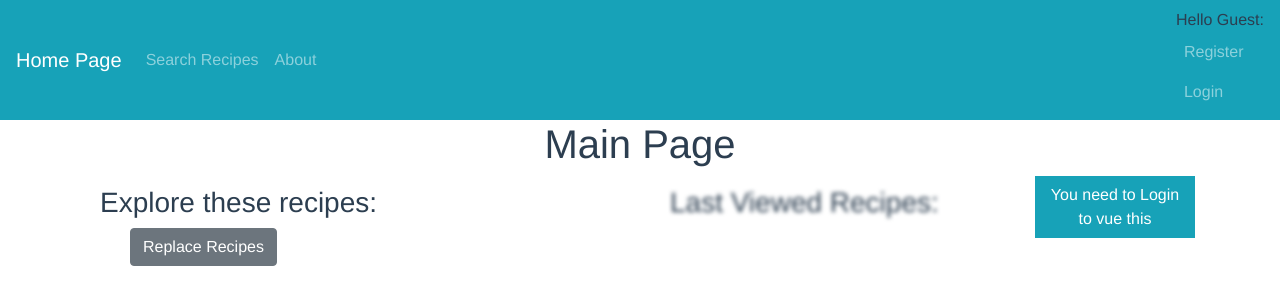
Repository: chenshor/cooking-site
Page: /
An editor plug-in stored every save of this project. The page is shown before and after the next save, followed by the edit.
The browser window is 1280 px wide. The pictures show the whole page.
The page's requests for data from a server got no answer. The project was rebuilt for these pictures with package versions that can differ from the ones it lists, and the page was loaded fresh each time. No one was signed in, and anything a server would have sent is missing. Also part of the build but not shown: vue.config.js, src/components/Indication.vue, src/components/RecipePreview.vue, src/pages/NotFoundPage.vue, src/components/IngredientSpoon.vue, src/components/Favorite.vue, src/pages/RecipePage.vue, src/assets/countries.js and 8 more.

Above is the page before, as saved 2020-06-22 21:18:10.

### index.html
<!DOCTYPE html>
<html lang="en">
  <head>
    <meta charset="utf-8" />
    <meta http-equiv="X-UA-Compatible" content="IE=edge" />
    <meta
      name="viewport"
      content="width=device-width,initial-scale=1.0,shrink-to-fit=no"
    />
    <link rel="icon" href="<%= BASE_URL %>favicon.ico" />
    <title><%= htmlWebpackPlugin.options.title %></title>
  </head>
  <body>
    <noscript>
      <strong
        >We're sorry but <%= htmlWebpackPlugin.options.title %> doesn't work
        properly without JavaScript enabled. Please enable it to
        continue.</strong
      >
    </noscript>
    <div id="app"></div>
    <!-- built files will be auto injected -->
  </body>
</html>

### src/main.js
import Vue from "vue";
import App from "./App.vue";
import VueAxios from "vue-axios";
import axios from "axios";

import routes from "./routes";
import VueRouter from "vue-router";
Vue.use(VueRouter);
const router = new VueRouter({
  routes,
});

import Vuelidate from "vuelidate";
import "bootstrap/dist/css/bootstrap.css";
import "bootstrap-vue/dist/bootstrap-vue.css";
import {
  FormGroupPlugin,
  FormPlugin,
  FormInputPlugin,
  ButtonPlugin,
  CardPlugin,
  NavbarPlugin,
  FormSelectPlugin,
  AlertPlugin,
  ToastPlugin,
  LayoutPlugin,
  ImagePlugin,
  TabsPlugin,
  FormCheckboxPlugin,
  FormRadioPlugin,
  FormTagsPlugin,
  IconsPlugin,
} from "bootstrap-vue";
[
  FormGroupPlugin,
  FormPlugin,
  FormInputPlugin,
  ButtonPlugin,
  CardPlugin,
  NavbarPlugin,
  FormSelectPlugin,
  AlertPlugin,
  ToastPlugin,
  LayoutPlugin,
  ImagePlugin,
  TabsPlugin,
  FormCheckboxPlugin,
  FormRadioPlugin,
  FormTagsPlugin,
  IconsPlugin,
].forEach((x) => Vue.use(x));
Vue.use(Vuelidate);
Vue.use(VueAxios, axios);
axios.defaults.withCredentials = true;
axios.interceptors.request.use(
  function(config) {
    // Do something before request is sent
    return config;
  },
  function(error) {
    // Do something with request error
    return Promise.reject(error);
  }
);

// Add a response interceptor
axios.interceptors.response.use(
  function(response) {
    // Do something with response data
    return response;
  },
  function(error) {
    // Do something with response error
    return Promise.reject(error);
  }
);

Vue.use(VueAxios, axios);

Vue.config.productionTip = false;

const shared_data = {
  username: localStorage.username,
  login(username) {
    localStorage.setItem("username", username);
    this.username = username;
    console.log("login", this.username);
  },
  logout() {
    console.log("logout");
    localStorage.removeItem("username");
    this.username = undefined;
  },
};
console.log(shared_data);
// Vue.prototype.$root.store = shared_data;

new Vue({
  router,
  data() {
    return {
      store: shared_data,
    };
  },
  methods: {
    toast(title, content, variant = null, append = false) {
      this.$bvToast.toast(`${content}`, {
        title: `${title}`,
        toaster: "b-toaster-top-center",
        variant: variant,
        solid: true,
        appendToast: append,
        autoHideDelay: 3000,
      });
    },
  },
  render: (h) => h(App),
}).$mount("#app");

### src/App.vue
<template>
  <div id="app">
    <b-navbar toggleable="lg" type="dark" variant="info">
      <b-navbar-brand to="/">Home Page</b-navbar-brand>

      <b-navbar-toggle target="nav-collapse"></b-navbar-toggle>

      <b-collapse id="nav-collapse" is-nav>
        <b-navbar-nav>
          <b-nav-item to="/search">Search Recipes</b-nav-item>
          <b-nav-item to="/about">About</b-nav-item>
        </b-navbar-nav>

        <!-- Right aligned nav items -->
        <b-navbar-nav class="ml-auto">
          <span v-if="!$root.store.username">
            Hello Guest:
            <b-nav-item to="/register">Register</b-nav-item>
            <b-nav-item to="/login">Login</b-nav-item>
          </span>
          <span v-else>
            {{ $root.store.username }}:
            <b-button @click="Logout">Logout</b-button>|
            <b-nav-item-dropdown text="Personal">
              <b-dropdown-item to="/FamilyList">Family Recipes</b-dropdown-item>
              <b-dropdown-item to="/myRecipes">My Recipes</b-dropdown-item>
              <b-dropdown-item to="/favorite">My Favorite</b-dropdown-item>
            </b-nav-item-dropdown>

            <b-nav-item-dropdown right>
              <!-- Using 'button-content' slot -->
              <template v-slot:button-content>
                <em>User</em>
              </template>
              <b-dropdown-item href="#">Profile</b-dropdown-item>
              <b-dropdown-item href="#">Sign Out</b-dropdown-item>
            </b-nav-item-dropdown>
          </span>
        </b-navbar-nav>
      </b-collapse>
    </b-navbar>

    <!--


      <span v-if="!$root.store.username">
        Hello Guest:
        <router-link to="/register">Register</router-link>|
        <router-link to="/login">Login</router-link>|
      </span>
      <span v-else>
        {{ $root.store.username }}:
        <b-nav-item-dropdown text="Personal" >
          <b-dropdown-item to="/FamilyList">Family Recipes</b-dropdown-item>
          <b-dropdown-item to="/myRecipes">My Recipes</b-dropdown-item>
          <b-dropdown-item to="/favorite">My Favorite</b-dropdown-item>
        </b-nav-item-dropdown>
        <router-link to="/FamilyList">Family Recipes</router-link>|
        <router-link to="/myRecipes">My Recipes</router-link>|
        <router-link to="/favorite">My Favorite</router-link>
        <button @click="Logout">Logout</button>|
      </span>
    </div>-->
    <router-view />
  </div>
</template>

<script>
export default {
  name: "App",
  methods: {
    async Logout() {
      this.$root.store.logout();
      const response = await this.axios.post(
        "https://ass3-2.herokuapp.com/logout"
      );
      this.$root.toast("Logout", "User logged out successfully", "success");

      this.$router.push("/").catch(() => {
        this.$forceUpdate();
      });
    }
  }
};
</script>

<style lang="scss">
#app {
  font-family: Avenir, Helvetica, Arial, sans-serif;
  -webkit-font-smoothing: antialiased;
  -moz-osx-font-smoothing: grayscale;
  color: #2c3e50;
  min-height: 100vh;
  width: 100%;
  height: 100%;
}

#nav {
  padding: 30px;
}

#nav a {
  font-weight: bold;
  color: #2c3e50;
}

#nav a.router-link-exact-active {
  color: #42b983;
}
</style>

### src/routes.js
import Main from "./pages/MainPage";
import NotFound from "./pages/NotFoundPage";
import Search from "./pages/SearchPage";
import Recipe from "./pages/RecipePage";
import Register from "./pages/RegisterPage";
import About from "./pages/AboutPage";
import FamilyRecipes from "./pages/FamilyRecipesPage";
import MyRecipesPage from "./pages/MyRecipesPage";

const routes = [
  {
    path: "/",
    name: "main",
    component: Main,
  },
  {
    path: "/login",
    name: "login",
    component: () => import("./pages/LoginPage"),
  },
  {
    path: "*",
    name: "notFound",
    component: NotFound,
  },
  {
    path: "/search",
    name: "search",
    component: () => import("./pages/SearchPage"),
  },
  {
    path: "/recipe/:recipeId",
    name: "recipe",
    component: () => import("./pages/RecipePage"),
  },
  {
    path: "/familyRecipe/:id",
    name: "familyRecipe",
    component: () => import("./pages/FullFamilyRecipePage"),
  },
  {
    path: "/register",
    name: "register",
    component: () => import("./pages/RegisterPage"),
  },
  {
    path: "/about",
    name: "about",
    component: () => import("./pages/AboutPage"),
  },
  {
    path: "/FamilyList",
    name: "FamilyRecipes",
    component: () => import("./pages/FamilyRecipesPage"),
  },
  {
    path: "/myRecipes",
    name: "myRecipes",
    component: () => import("./pages/MyRecipesPage"),
  },
  {
    path: "/favorite",
    name: "favorite",
    component: () => import("./pages/FavoritePage"),
  },
];

export default routes;

### src/pages/MainPage.vue
<template>
  <div>
    <b-container class="container">
      <b-row>
        <b-col class="text-center">
          <h1 class="title">Main Page</h1>
        </b-col>
      </b-row>
      <b-row align-v="stretch">
        <b-col>
          <RecipePreviewList title="Randome Recipes" class="RandomRecipes center" />
        </b-col>
        <b-col>
          <b-row>
            <b-col cols="8">
              <LastSeen
                title="Last Viewed Recipes"
                :class="{
            RandomRecipes: true,
            blur: !$root.store.username,
            center: true,
          }"
                disabled
              ></LastSeen>
            </b-col>
            <b-col>
              <b-button
                squared
                v-if="!$root.store.username"
                to="/login"
                variant="info"
              >You need to Login to vue this</b-button>
            </b-col>
          </b-row>
        </b-col>
      </b-row>
    </b-container>
  </div>
</template>

<script>
import RecipePreviewList from "../components/RecipePreviewList";
import LastSeen from "../components/LastSeen";
export default {
  components: {
    RecipePreviewList,
    LastSeen
  }
};
</script>

<style lang="scss" scoped>
.RandomRecipes {
  margin: 10px 0 10px;
}
.blur {
  -webkit-filter: blur(5px); /* Safari 6.0 - 9.0 */
  filter: blur(2px);
}
::v-deep .blur .recipe-preview {
  pointer-events: none;
  cursor: default;
}
// .grid {
//   display: grid;
//   grid-template-columns: auto;
//   grid-template-rows: auto;
//   grid-gap: 3%;
//   height: 100%;
//   width: 100%;
// }
// .random {
//   grid-row: 2/-1;
//   padding: 1%;
//   overflow: auto;
// }
// .lastview {
//   grid-row: 2/-1;
//   padding: 1%;
//   overflow: auto;
// }
// .buttonLogin {
//   grid-row: 2/-1;
//   padding-top: 1%;
//   overflow: auto;
//   margin-top: 5%;
// }
// .container {
//   width: 100%;
//   height: 100%;
// }
</style>

### src/pages/SearchPage.vue
<template>
  <b-container class="container">
    <b-row>
      <b-col>
        <h1 class="titleS">Search</h1>
      </b-col>
    </b-row>
    <b-row>
      <b-col>
        <b-form @submit.prevent="searchRecipe">
          <b-form-group label="search" label-for="search">
            <b-form-input id="search" v-model="search" placeholder="Search here.."></b-form-input>
          </b-form-group>

          <b-form-group label="Cuisine">
            <b-form-tags v-model="valueCuisine" size="lg" add-on-change no-outer-focus class="mb-2">
              <template v-slot="{ tags, inputAttrs, inputHandlers, disabled, removeTag }">
                <ul v-if="tags.length > 0" class="list-inline d-inline-block mb-2">
                  <li v-for="tag in tags" :key="tag" class="list-inline-item">
                    <b-form-tag
                      @remove="removeTag(tag)"
                      :title="tag"
                      :disabled="disabled"
                      variant="info"
                    >{{ tag }}</b-form-tag>
                  </li>
                </ul>
                <b-form-select
                  v-bind="inputAttrs"
                  v-on="inputHandlers"
                  :disabled="disabled"
                  :options="cuisine"
                >
                  <template v-slot:first>
                    <option disabled value>Choose a tag...</option>
                  </template>
                </b-form-select>
              </template>
            </b-form-tags>
          </b-form-group>

          <b-form-group label="Diet">
            <b-form-tags v-model="valueDiet" size="lg" add-on-change no-outer-focus class="mb-2">
              <template v-slot="{ tags, inputAttrs, inputHandlers, disabled, removeTag }">
                <ul v-if="tags.length > 0" class="list-inline d-inline-block mb-2">
                  <li v-for="tag in tags" :key="tag" class="list-inline-item">
                    <b-form-tag
                      @remove="removeTag(tag)"
                      :title="tag"
                      :disabled="disabled"
                      variant="info"
                    >{{ tag }}</b-form-tag>
                  </li>
                </ul>
                <b-form-select
                  v-bind="inputAttrs"
                  v-on="inputHandlers"
                  :disabled="disabled"
                  :options="diet"
                >
                  <template v-slot:first>
                    <option disabled value>Choose a tag...</option>
                  </template>
                </b-form-select>
              </template>
            </b-form-tags>
          </b-form-group>
          <b-form-group label="Intolerance">
            <b-form-tags
              v-model="valueIntolerance"
              size="lg"
              add-on-change
              no-outer-focus
              class="mb-2"
            >
              <template v-slot="{ tags, inputAttrs, inputHandlers, disabled, removeTag }">
                <ul v-if="tags.length > 0" class="list-inline d-inline-block mb-2">
                  <li v-for="tag in tags" :key="tag" class="list-inline-item">
                    <b-form-tag
                      @remove="removeTag(tag)"
                      :title="tag"
                      :disabled="disabled"
                      variant="info"
                    >{{ tag }}</b-form-tag>
                  </li>
                </ul>
                <b-form-select
                  v-bind="inputAttrs"
                  v-on="inputHandlers"
                  :disabled="disabled"
                  :options="intolerance"
                >
                  <template v-slot:first>
                    <option disabled value>Choose a tag...</option>
                  </template>
                </b-form-select>
              </template>
            </b-form-tags>
          </b-form-group>

          <b-form-group label="Number of results:">
            <b-form-radio-group
              id="numberSearch"
              v-model="selected"
              :options="options"
              name="numberOfResults"
            ></b-form-radio-group>
          </b-form-group>
          <b-button type="submit" variant="primary" style="width:250px;" class="ml-5 w-75">Search</b-button>
        </b-form>
        <b-row v-if="recipes.length>0">
          <b-form-group label="Sort by:" v-model="sort">
            <b-form-radio
              v-on:change="sortArrays"
              v-model="sort"
              name="some-radios"
              value="aggregateLikes"
            >Likes</b-form-radio>
            <b-form-radio
              v-on:change="sortArrays"
              v-model="sort"
              name="some-radios"
              value="readyInMinutes"
            >Time</b-form-radio>
          </b-form-group>
        </b-row>
      </b-col>
    </b-row>
    <b-row class="recipesSearch">
      <div v-for="r in recipes" :key="r.id">
        <b-col>
          <RecipePreview class="recipePreview" :recipe="r" />
        </b-col>
      </div>
    </b-row>
    <h3 v-if="!isFound">Recipe not found</h3>
  </b-container>
</template>

<script>
import cuisine from "../assets/cuisine";
import diet from "../assets/diet";
import intolerance from "../assets/intolerance";
import RecipePreview from "../components/RecipePreview";

export default {
  name: "SearchPage",
  components: {
    RecipePreview
  },
  data() {
    return {
      cuisine: [{ value: null, text: "", disabled: true }],
      diet: [{ value: null, text: "", disabled: true }],
      intolerance: [{ value: null, text: "", disabled: true }],
      valueCuisine: [],
      valueDiet: [],
      search: "",
      valueIntolerance: [],
      errors: [],
      sort: "",
      isFound: Boolean,

      selected: "5", // Must be an array reference!
      options: [
        { text: "5", value: "5" },
        { text: "10", value: "10" },
        { text: "15", value: "15" }
      ],
      recipes: []
    };
  },
  methods: {
    async searchRecipe() {
      try {
        let query = this.search;
        for (let i in this.valueCuisine) {
          query = query.concat(" " + this.valueCuisine[i]);
        }
        for (let i in this.valueDiet) {
          query = query.concat(" " + this.valueDiet[i]);
        }
        for (let i in this.valueIntolerance) {
          query = query.concat(" " + this.valueIntolerance[i]);
        }

        let number = this.selected;

        const response = await this.axios.get(
          `https://ass3-2.herokuapp.com/recipes/search/query/${query}/amount/${number}`
        );
        this.isFound = true;
        const recipes = response.data.data;
        this.recipes = [];
        this.recipes.push(...recipes);
        sessionStorage.removeItem("recipes");
        sessionStorage.recipes = JSON.stringify(this.recipes);
      } catch (err) {
        this.isFound = false;
      }
    },
    sortArrays(event) {
      console.log(this.recipes);
      // this.recipes = orderBy(this.recipes, this.sort, "asc");
      this.recipes.sort((a, b) => {
        a[this.sort] < b[this.sort];
      });
    }
  },

  mounted() {
    this.cuisine.push(...cuisine);
    this.diet.push(...diet);
    this.intolerance.push(...intolerance);
    console.log(this.recipes.length);
    if (sessionStorage.recipes) {
      this.recipes = JSON.parse(sessionStorage.getItem("recipes"));
    }
  }
};
</script>

<style>
.container {
  width: 100%;
}
</style>

### src/components/RecipePreviewList.vue
<template>
  <b-container>
    <h3>
      Explore these recipes:
      <slot></slot>
    </h3>
    <b-col>
      <b-col v-for="r in recipes" :key="r.id">
        <RecipePreview class="recipePreview" :recipe="r" />
      </b-col>
      <b-col>
        <b-button v-on:click="updateRecipes">Replace Recipes</b-button>
      </b-col>
    </b-col>
  </b-container>
</template>

<script>
import RecipePreview from "./RecipePreview";
export default {
  name: "RecipePreviewList",
  components: {
    RecipePreview
  },
  props: {
    title: {
      type: String,
      required: true
    }
  },
  data() {
    return {
      recipes: []
    };
  },
  mounted() {
    this.updateRecipes();
  },
  methods: {
    async updateRecipes() {
      try {
        const response = await this.axios.get(
          "https://ass3-2.herokuapp.com/recipes/randomRecipes"
        );

        console.log(response);
        const recipes = response.data.randomRecipes; /////// change to randomRecipes

        this.recipes = [];
        this.recipes.push(...recipes);
      } catch (error) {
        console.log(error);
      }
    }
  }
};
</script>

<style lang="scss" scoped>
.container {
  min-height: 400px;
}
</style>

### src/components/LastSeen.vue
<template>
  <b-container>
    <h3>
      {{ title }}:
      <slot></slot>
    </h3>
    <b-row>
      <div v-if="this.lastSeen">
        <b-col v-for="r in recipes" :key="r.id">
          <RecipePreview class="recipePreview" :recipe="r" />
        </b-col>
      </div>
      <div v-else>
        <b-col>
          <h3>You havn't seen any recipes yet!!!</h3>
        </b-col>
      </div>
    </b-row>
  </b-container>
</template>

<script>
import RecipePreview from "./RecipePreview";
export default {
  name: "RecipePreviewList",
  components: {
    RecipePreview
  },
  props: {
    title: {
      type: String,
      required: true
    }
  },
  data() {
    return {
      recipes: [],
      lastSeen: Boolean
    };
  },
  mounted() {
    this.updateRecipes();
  },
  methods: {
    async updateRecipes() {
      try {
        let username = localStorage.getItem("username");
        if (username) {
          const response = await this.axios.get(
            "https://ass3-2.herokuapp.com/users/lastSeen"
          );

          const recipes = response.data.lastSeen;
          this.lastSeen = true;

          this.recipes = [];
          this.recipes.push(...recipes);
        }
      } catch (error) {
        // console.log(error);
        this.lastSeen = false;
      }
    },
    async getFunc() {
      return await this.axios.get(
        "https://ass3-2.herokuapp.com/users/lastSeen"
      );
    }
  }
};
</script>

<style lang="scss" scoped>
.container {
  min-height: 400px;
}
</style>

### src/assets/cuisine.js
export default[
"African",
"American",
"British",
"Cajun",
"Caribbean",
"Chinese",
"Eastern European",
"European",
"French",
"German",
"Greek",
"Indian",
"Irish",
"Italian",
"Japanese",
"Jewish",
"Korean",
"Latin American",
"Mediterranean",
"Mexican",
"Middle Eastern",
"Nordic",
"Southern",
"Spanish",
"Thai",
"Vietnamese"
];

### src/assets/diet.js
export default[
    "Whole30",
    "Primal",
    "Paleo",
    "Pescetarian",
    "Vegan",
    "Ovo-Vegetarian",
    "Lacto-Vegetarian",
    "Vegetarian",
    "Ketogenic",
    "Gluten Free"

];

### src/assets/intolerance.js
export default[
"Dairy",
"Egg",
"Gluten",
"Grain",
"Peanut",
"Seafood",
"Sesame",
"Shellfish",
"Soy",
"Sulfite",
"Tree Nut",
"Wheat"
];

After the next save:
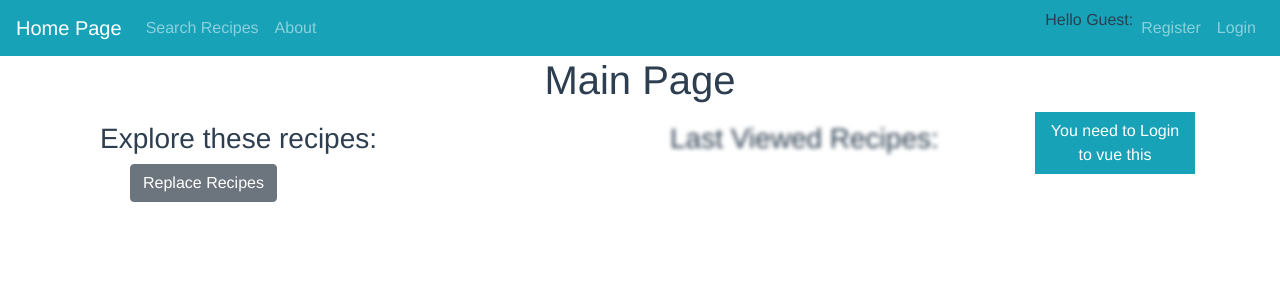
Saved 49 s later.
--- a/src/App.vue
+++ b/src/App.vue
@@ -13,12 +13,12 @@
 
         <!-- Right aligned nav items -->
         <b-navbar-nav class="ml-auto">
-          <span v-if="!$root.store.username">
+          <b-navbar-nav v-if="!$root.store.username">
             Hello Guest:
             <b-nav-item to="/register">Register</b-nav-item>
             <b-nav-item to="/login">Login</b-nav-item>
-          </span>
-          <span v-else>
+          </b-navbar-nav>
+          <b-navbar-nav v-else>
             {{ $root.store.username }}:
             <b-button @click="Logout">Logout</b-button>|
             <b-nav-item-dropdown text="Personal">
@@ -35,7 +35,7 @@
               <b-dropdown-item href="#">Profile</b-dropdown-item>
               <b-dropdown-item href="#">Sign Out</b-dropdown-item>
             </b-nav-item-dropdown>
-          </span>
+          </b-navbar-nav>
         </b-navbar-nav>
       </b-collapse>
     </b-navbar>
